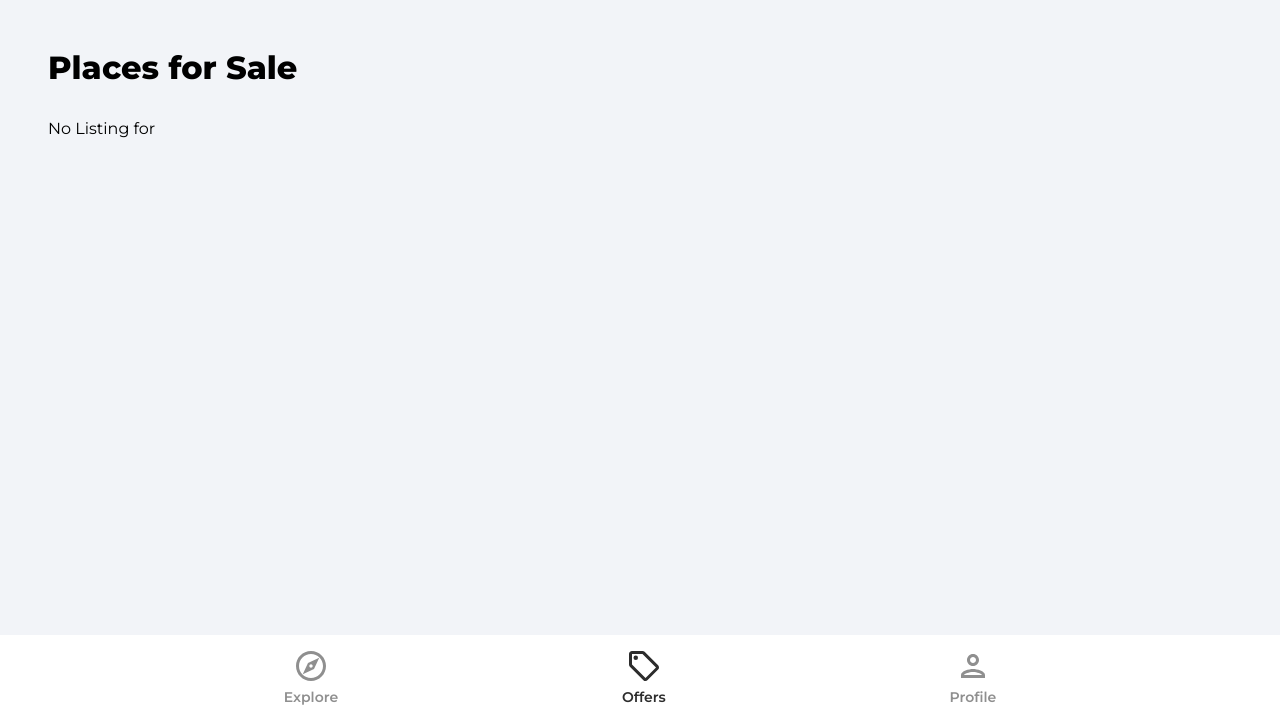
Repository: harvir619/Real-Estate-Market-App
Page: /offers
These files come from the project's save history. The page is drawn as it stood at one moment and after the next save; the edit follows.
The browser window is 1280 px wide. The pictures show the whole page.
The page's requests for data from a server got no answer. The project was rebuilt for these pictures with package versions that can differ from the ones it lists, and the page was loaded fresh each time. No one was signed in, and anything a server would have sent is missing. Also part of the build but not shown: vite.config.js, src/pages/Explore.jsx, src/pages/Profile.jsx, src/pages/ForgotPassword.jsx, src/components/ListingItem.jsx, src/components/OAuth.jsx, src/pages/SignIn.jsx, src/pages/SignUp.jsx and 3 more.

Above is the page before, as saved 2023-06-23 17:34:41.

### index.html
<!DOCTYPE html>
<html lang="en">
  <head>
    <meta charset="UTF-8" />
    <link rel="icon" type="image/svg+xml" href="/public/favicon.ico" />
    <meta name="viewport" content="width=device-width, initial-scale=1.0" />
    <title>Real Estate Marketplace</title>
  </head>
  <body>
    <div id="root"></div>
    <script type="module" src="/src/main.jsx"></script>
  </body>
</html>

### src/App.jsx
import { BrowserRouter as Router, Routes, Route } from 'react-router-dom'
import Explore from './pages/Explore'
import Profile from './pages/Profile'
import ForgotPassword from './pages/ForgotPassword'
import Offers from './pages/Offers'
import SignIn from './pages/SignIn'
import SignUp from './pages/SignUp'
import Navbar from './components/Navbar'
import { ToastContainer } from 'react-toastify'
import 'react-toastify/dist/ReactToastify.css'
import PrivateRoute from './components/PrivateRoute'
import Category from './pages/Category'

function App() {

  return (
    <>
      <Router>
        <Routes>
          <Route path="/" element={<Explore />} />
          <Route path="/profile" element={<PrivateRoute />}>
            <Route path='/profile' element={<Profile/>} />
          </Route>
          <Route path='/forgot-password' element={<ForgotPassword/>} />
          <Route path='/offers' element={<Offers />} />
          <Route path= '/category/:categoryName' element={<Category/>} />
          <Route path='/sign-in' element={<SignIn />} />
          <Route path='/sign-up' element={<SignUp/>} />
        </Routes>
        {<Navbar/>}
      </Router>
      <ToastContainer/>
    </>
  )
}

export default App

### src/pages/Offers.jsx
import { useEffect, useState } from "react"
import { collection, getDocs,query,where,orderBy,limit,startAfter } from "firebase/firestore"
import { db } from "../firebase.config"
import { toast } from "react-toastify"
import Spinner from "../components/Spinner"
import { useParams } from "react-router-dom"
import ListingItem from "../components/ListingItem"


function Offers() {
    const [listings, setListings] = useState(null)
    const [loading, setLoading] = useState(true)

    const params = useParams()

    useEffect(() => {
        const fetchListings = async () => {
            try {
                //Get reference
                const listingsRef = collection(db, 'listings')

                //Create a query
                const q = query(listingsRef,
                    where('offer', '==', true),
                    orderBy('timestamp', 'desc'),
                    limit(10))

                //Execute query
                const querySnap = await getDocs(q)

                const listings = []

                querySnap.forEach((doc) => {
                    return listings.push({id: doc.id, data: doc.data()})
                })

                setListings(listings)
                setLoading(false)
            } catch (error) {
                toast.error('Could not fetch listings')
            }
        }
        fetchListings()

    },[])

    return (
        <div className="category">

            <header>
                <p className="pageHeader">
                    {params.categoryName === 'rent' ? 'Places for Rent' : 'Places for Sale'}
                </p>
            </header>

            {loading ? <Spinner /> : listings && listings.length > 0 ? (
                <>
                    <main>
                        <ul className="categoryListings">
                            {listings.map(listing =>
                                (
                                    <ListingItem key={listing.id } listing={listing.data} id={listing.id} />
                                )
                            )}
                        </ul>
                    </main>
                </>
            ):<p>No Listing for {params.categoryName}</p>}
        </div>
  )
}

export default Offers

### src/components/Navbar.jsx
import React from 'react'
import { useNavigate, useLocation } from 'react-router-dom'
import { ReactComponent as OfferIcon } from '../assets/svg/localOfferIcon.svg'
import {ReactComponent as ExploreIcon} from '../assets/svg/exploreIcon.svg'
import {ReactComponent as PersonOutlineIcon} from '../assets/svg/personOutlineIcon.svg'


function Navbar() {
    const navigate = useNavigate()
    const location = useLocation()

    const pathMatchRoute = (route) => {
        if (route === location.pathname) {
            return true;
        }
    }

  return (
      <footer className="navbar">
          <nav className="navbarNav">
              <ul className="navbarListItems">
                  <li className="navbarListItem" onClick={() => navigate('/')}>
                      <ExploreIcon fill={pathMatchRoute('/')?'#2c2c2c':'#8f8f8f'}
                        //   className="navbarIcon"
                          width='36px' height='36px' />
                      <p className={pathMatchRoute('/')?'navbarListItemNameActive':'navbarListItemName'}>Explore</p>
                  </li>
                  <li className="navbarListItem" onClick={()=>navigate('/offers')}>
                      <OfferIcon fill={pathMatchRoute('/offers')?'#2c2c2c':'#8f8f8f'}
                        //   className="navbarIcon"
                          width='36px' height='36px' />
                      <p className={pathMatchRoute('/offers')?'navbarListItemNameActive':'navbarListItemName'}>Offers</p>
                  </li>
                  <li className="navbarListItem" onClick={()=>navigate('/profile')}>
                      <PersonOutlineIcon fill={pathMatchRoute('/profile')?'#2c2c2c':'#8f8f8f'}
                        //   className="navbarIcon"
                          width='36px' height='36px' />
                      <p className={pathMatchRoute('/profile')?'navbarListItemNameActive':'navbarListItemName'}>Profile</p>
                  </li>

              </ul>
          </nav>
      </footer>
  )
}

export default Navbar

### src/firebase.config.js
// Import the functions you need from the SDKs you need
import { initializeApp } from "firebase/app";
import { getAnalytics } from "firebase/analytics";
import {getFirestore} from 'firebase/firestore'

// TODO: Add SDKs for Firebase products that you want to use
// https://firebase.google.com/docs/web/setup#available-libraries

// Your web app's Firebase configuration
// For Firebase JS SDK v7.20.0 and later, measurementId is optional
const firebaseConfig = {
  apiKey: "AIzaSyD_tntRlN8BoW2ssiMn09ssCCiIGQ55UyA",
  authDomain: "real-estate-marketplace-c63aa.firebaseapp.com",
  projectId: "real-estate-marketplace-c63aa",
  storageBucket: "real-estate-marketplace-c63aa.appspot.com",
  messagingSenderId: "717668467746",
  appId: "1:717668467746:web:a4bf5a67117ac50ae7367b",
  measurementId: "G-0ZXLQQVZVG"
};

// Initialize Firebase
const app = initializeApp(firebaseConfig);
const analytics = getAnalytics(app);

export const db = getFirestore()

### src/components/Spinner.jsx
import React from 'react'

function Spinner() {
  return (
      <div className='loadingSpinnerContainer'>
          <div className="loadingSpinner">

          </div>
    </div>
  )
}

export default Spinner

Loaded but not shown: src/main.jsx (common file); src/index.css (common file)

After the next save:
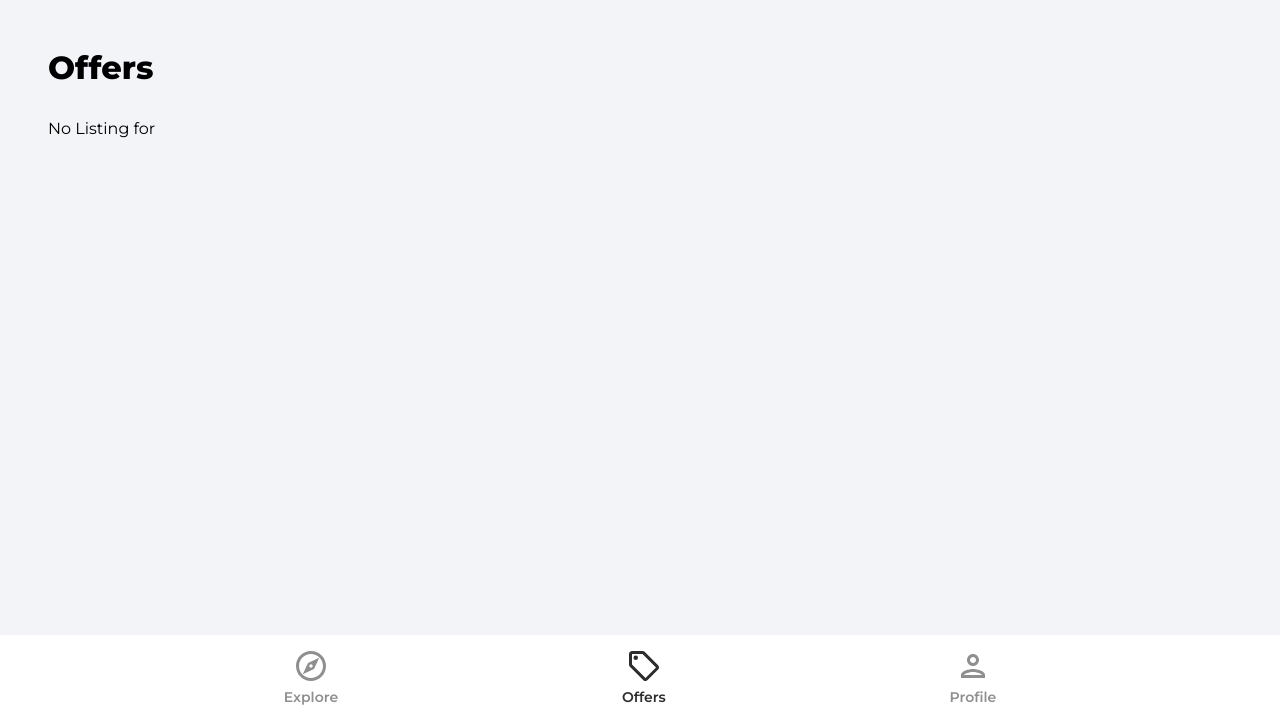
Saved 2 min 1 s later.
--- a/src/pages/Offers.jsx
+++ b/src/pages/Offers.jsx
@@ -48,9 +48,9 @@ function Offers() {
         <div className="category">
 
             <header>
-                <p className="pageHeader">
-                    {params.categoryName === 'rent' ? 'Places for Rent' : 'Places for Sale'}
-                </p>
+          <p className="pageHeader">
+            Offers
+          </p>
             </header>
 
             {loading ? <Spinner /> : listings && listings.length > 0 ? (
